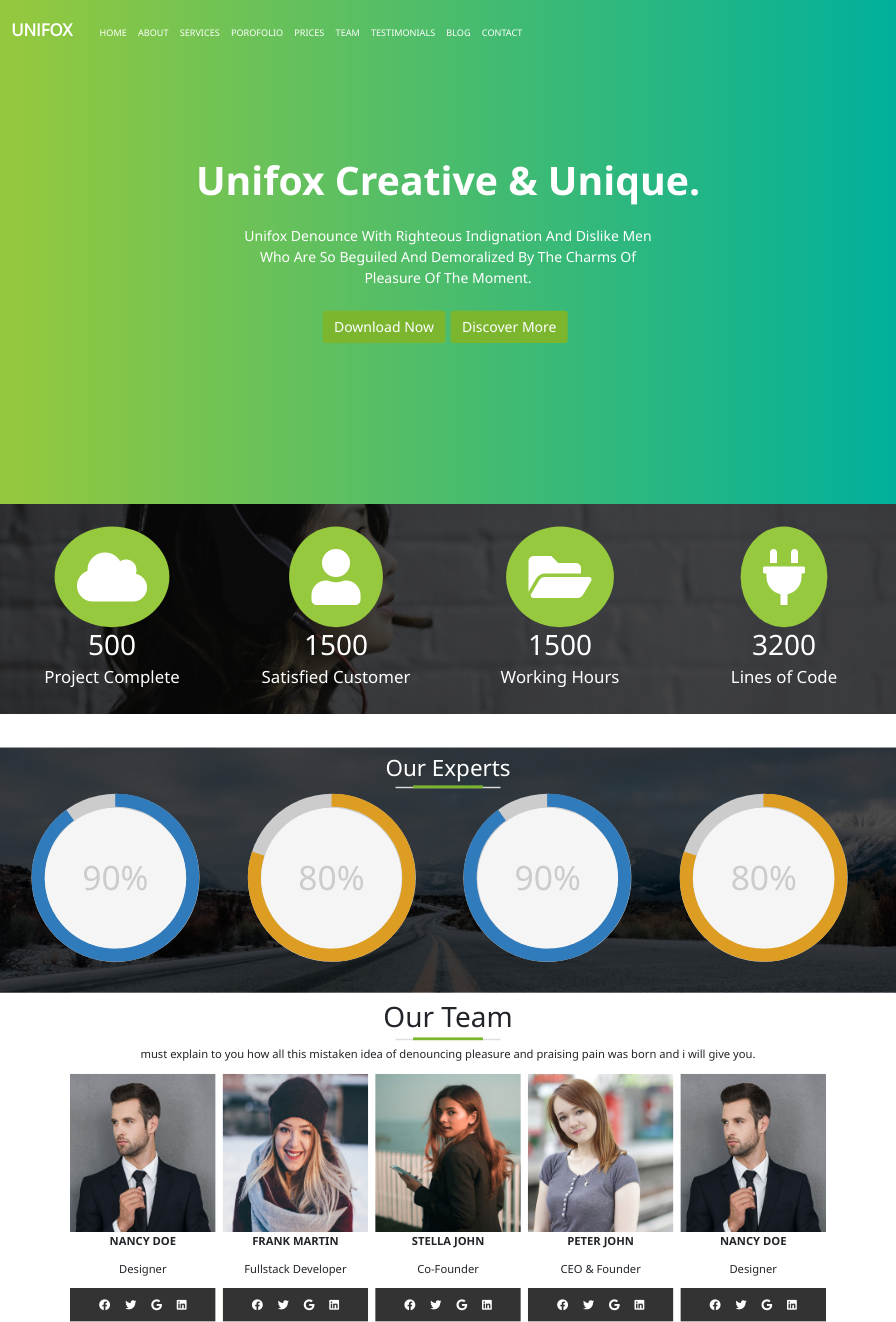
Repository: ibrkhalil/Uniforce-First-Attempt
Page: index.html
These files come from the project's save history. The page is drawn as it stood at one moment and after the next save; the edit follows.
The browser window is 1280 px wide. The pictures show the whole page, at 70% of full size.
Backgrounds fixed to the window are drawn as part of the page.

Above is the page before, as saved 2021-01-24 02:14:20.

### index.html
<!DOCTYPE html>
<html lang="en">
  <head>
    <meta charset="UTF-8" />
    <link rel="stylesheet" href="./bootstrap.min.css" />
    <link rel="stylesheet" href="owl.carousel.css" />
    <link rel="preconnect" href="https://fonts.gstatic.com" />
    <link rel="stylesheet" href="./jquery-ui.css" />
    <link
      rel="stylesheet"
      href="https://use.fontawesome.com/releases/v5.15.2/css/all.css"
      integrity="sha384-vSIIfh2YWi9wW0r9iZe7RJPrKwp6bG+s9QZMoITbCckVJqGCCRhc+ccxNcdpHuYu"
      crossorigin="anonymous"
    />
    <link rel="stylesheet" href="./circle.css" />
    <link
      href="https://fonts.googleapis.com/css2?family=Open+Sans&display=swap"
      rel="stylesheet"
    />
    <link rel="stylesheet" href="style.css" />
    <meta name="viewport" content="width=device-width, initial-scale=1.0" />
    <title>Unifox</title>
  </head>

  <body>
    <div class="main-nav">
      <nav
        class="navbar navbar-expand-lg justify-content-between sticky-top navbar-fixed-top"
      >
        <!-- <div class="container"> -->
            <a class="navbar-brand" href="#"><h3 class="unifox">UNIFOX</h3></a>
            <button
              class="navbar-toggler"
              type="button"
              data-toggle="collapse"
              data-target="#navbarSupportedContent"
              aria-controls="navbarSupportedContent"
              aria-expanded="false"
              aria-label="Toggle navigation"
            >
              <span class="fa fa-bars fa-3x"></span>
            </button>
        <div class="container-fluid">
          <div class="nav-items">


            <div class="collapse navbar-collapse" id="navbarSupportedContent">
              <ul class="navbar-nav mr-auto">
                <li class="item">
                  <a class="nav-link active" href="#">HOME</a>
                </li>
                <li class="nav-item"><a class="nav-link" href="#">ABOUT</a></li>
                <li class="nav-item">
                  <a class="nav-link" href="#">SERVICES</a>
                </li>
                <li class="nav-item">
                  <a class="nav-link" href="#">POROFOLIO</a>
                </li>
                <li class="nav-link"><a href="#">PRICES</a></li>
                <li class="nav-link"><a href="#">TEAM</a></li>
                <li class="nav-link"><a href="#">TESTIMONIALS</a></li>
                <li class="nav-link"><a href="#">BLOG</a></li>
                <li class="nav-link"><a href="#">CONTACT</a></li>
              </ul>
            </div>
          </div>
        </div>

        <!-- </div> -->
      </nav>

      <!-- nav end -->

      <div class="jumbotron">
        <h1 class="display-4 jumbo-main-text">
          <strong>Unifox Creative & Unique.</strong>
        </h1>
        <p class="lead jumbo-subtext">
          Unifox Denounce With Righteous Indignation And Dislike Men Who Are So
          Beguiled And Demoralized By The Charms Of Pleasure Of The Moment.
        </p>

        <div class="jumbo-btns">
          <p class="lead">
            <a class="btn jumbo-btn btn-primary btn-lg" href="#" role="button"
              >Download Now</a
            >
          </p>
          <p class="lead">
            <a class="btn jumbo-btn btn-primary btn-lg" href="#" role="button"
              >Discover More</a
            >
          </p>
        </div>
      </div>
      <!-- jumbotron end -->
      <!-- heading end -->
    </div>
    <div class="counting-number parallax">
      <div class="container-fluid">
        <div class="row">
          <div class="col-md-3">
            <i class="fa counting-icon fa-cloud fa-5x"></i>
            <h1 class="counter" data-count="500">0</h1>
            <h4>Project Complete</h4>
          </div>
          <div class="col-md-3">
            <i class="fa counting-icon fa-user fa-5x"></i>
            <h1 class="counter" data-count="1500">0</h1>
            <h4>Satisfied Customer</h4>
          </div>
          <div class="col-md-3">
            <i class="fa counting-icon fa-folder-open fa-5x"></i>
            <h1 class="counter" data-count="1500">0</h1>
            <h4>Working Hours</h4>
          </div>
          <div class="col-md-3">
            <i class="fa counting-icon fa-plug fa-5x"></i>
            <h1 class="counter" data-count="3200">0</h1>
            <h4>Lines of Code</h4>
          </div>
        </div>
      </div>
    </div>

    <br />
    <br />

    <!-- Counting number div -->
    <div class="our-experts-main">
      <h2 class="our-experts-word line">Our Experts</h2>

      <div class="our-experts">
        <div class="clearfix circular-icons">
          <div class="c100 p90 big blue">
            <span>90%</span>
            <div class="slice">
              <div class="bar"></div>
              <div class="fill"></div>
            </div>
          </div>
          <div class="c100 p80 big orange">
            <span>80%</span>
            <div class="slice">
              <div class="bar"></div>
              <div class="fill"></div>
            </div>
          </div>
          <div class="c100 p90 big blue">
            <span>90%</span>
            <div class="slice">
              <div class="bar"></div>
              <div class="fill"></div>
            </div>
          </div>

          <div class="c100 p80 big orange">
            <span>80%</span>
            <div class="slice">
              <div class="bar"></div>
              <div class="fill"></div>
            </div>
          </div>
        </div>
        <!-- /green -->

        <!-- orange -->
        <div class="clearfix"></div>
      </div>
    </div>

    <!-- experts end -->

    <div class="our-team">
      <div class="container">
        <div class="our-team-text">
          <h1 class="line">Our Team</h1>

          <p>
            must explain to you how all this mistaken idea of denouncing
            pleasure and praising pain was born and i will give you.
          </p>
        </div>
        <div class="top-content">
          <div class="container-fluid">
            <div class="owl-carousel owl-theme">
              <div class="item">
                <img
                  src="./images/1 (1).jpg"
                  class="img-fluid mx-auto d-block"
                  alt="img1"
                />
                <strong class="team-member-name">
                  <p>STELLA JOHN</p>
                </strong>
                <p>Co-Founder</p>
                <div class="social-media-icons" data-content="Link Hover">
                  <div
                    class="container d-flex justify-content-around align-items-center"
                  >
                    <i class="fab fa-facebook"></i>
                    <i class="fab fa-twitter"></i>
                    <i class="fab fa-google"></i>
                    <i class="fab fa-linkedin"></i>
                  </div>
                </div>
              </div>

              <div class="item">
                <img
                  src="./images/2 (1).jpg"
                  class="img-fluid mx-auto d-block"
                  alt="img2"
                />
                <strong class="team-member-name">
                  <p>PETER JOHN</p>
                </strong>
                <p>CEO & Founder</p>
                <div class="social-media-icons">
                  <div
                    class="container d-flex justify-content-around align-items-center"
                  >
                    <i class="fab fa-facebook"></i>
                    <i class="fab fa-twitter"></i>
                    <i class="fab fa-google"></i>
                    <i class="fab fa-linkedin"></i>
                  </div>
                </div>
              </div>

              <div class="item">
                <img
                  src="./images/3 (1).jpg"
                  class="img-fluid mx-auto d-block"
                  alt="img3"
                />
                <strong class="team-member-name">
                  <p>NANCY DOE</p>
                </strong>
                <p>Designer</p>
                <div class="social-media-icons">
                  <div
                    class="container d-flex justify-content-around align-items-center"
                  >
                    <i class="fab fa-facebook"></i>
                    <i class="fab fa-twitter"></i>
                    <i class="fab fa-google"></i>
                    <i class="fab fa-linkedin"></i>
                  </div>
                </div>
              </div>

              <div class="item">
                <img
                  src="./images/4.jpg"
                  class="img-fluid mx-auto d-block"
                  alt="img4"
                />
                <strong class="team-member-name">
                  <p>FRANK MARTIN</p>
                </strong>
                <p>Fullstack Developer</p>
                <div class="social-media-icons">
                  <div
                    class="container d-flex justify-content-around align-items-center"
                  >
                    <i class="fab fa-facebook"></i>
                    <i class="fab fa-twitter"></i>
                    <i class="fab fa-google"></i>
                    <i class="fab fa-linkedin"></i>
                  </div>
                </div>
              </div>
            </div>
          </div>
        </div>
      </div>
    </div>

    <script src="./jquery.js"></script>
    <script src="./jquery-ui.js"></script>
    <script src="./owl.carousel.js"></script>
    <script src="./owl.autoplay.js"></script>
    <script src="./bootstrap.js"></script>
    <script src="./script.js"></script>
  </body>
</html>

### style.css
*{
    margin: 0;
    padding: 0;
}
body{
    font-family: 'Segoe UI', Tahoma, Geneva, Verdana, sans-serif;
}
.nav-items{
    display: flex;
    width: 100%;
    justify-content: space-between;
}

.main-nav h3{
    font-family: 'Open Sans', sans-serif;
    font-weight: bold;
    font-size: x-large;
}
.main-nav{
    transition: all 200ms;
    font-size: small;
    background: linear-gradient(to right, #96c93d, #00b09b);
    height: 100vh;
}
.main-nav a{
    text-decoration: none;
    color: white;
    border: none;
}
 .main-nav li, .main-nav h3 {
    margin-top: 1rem;
}
.circular-icons{
    display: flex;
    justify-content: space-between;
}
.jumbotron{
    text-align: center;
    margin-top: 5rem;
    color: white;
    background-color: transparent;
}
.jumbo-btn{
    background-color: #7CB62F;
}

.navbar-fixed-top a:hover{
    color: #3e3e3e;
}
.navbar-fixed-top.scrolled {
    width: 100vw;
    background-color: #fff !important;
    /* padding: 0.5rem 0; */
    /* transition: all 200ms ease; */

  }
/* .navbar-fixed-top.scrolled  a{
    color: black;

  } */
  .navbar-fixed-top.scrolled  a:hover{
    color: gray;

  }
.jumbo-btns{
    display: flex;
    justify-content: center;
}
.jumbo-subtext{

    margin: 2rem auto;
    width: 50%;
}
.jumbo-main-text{
font-weight: 400;
}
.jumbo-btns p{
   margin-right: 0.5rem;
}
.lead-btns a{
    display: flex;
    border: none;
}
.parallax {
    background-image: url("./fun_facts_bg.jpg");
    height: 300px;
    background-blend-mode: overlay;
    background-attachment: fixed;
    background-position: center;
    background-repeat: no-repeat;
    background-size: cover;
    background-color: rgba(0, 0, 0,0.7);
    color: white;
    text-align: center;
    display: flex;
    align-items: center;
  }
  .parallax img {
      height: 300px;
      object-fit: cover;
  }
  .counting-icon{
      padding: 2rem;
      background-color: #96c93d ;
      border-radius: 50%;
  }
.jumbo-btn:hover{
    transition: 1s;
    background-color: black;
}
.line{
    position: relative;
    text-align: center;
    padding: 10px 0;
}
.line::after , .line::before{
    content: "";
    width: 100px;
    height: 4px;
    position: absolute;
    background-color: #7CB62F;
    left: 50%;
    transform: translate(-50%,0);
    bottom: 0;
}
.line::before{
    height: 2px;
    background-color: #ddd;
    width: 150px;
}


.clearfix:before,.clearfix:after {content: " "; display: table;}
.clearfix:after {clear: both;}
.clearfix {*zoom: 1;}


.our-experts-main{
    background-image: url("./skill-bg.jpg");
    height: 350px;
    background-blend-mode: overlay;
    background-attachment: fixed;
    background-position: center;
    background-repeat: no-repeat;
    background-size: cover;
    background-color: rgba(0, 0, 0,0.7);
    color: white;
}
.our-experts-main:first-child{
    display: flex;
    justify-content: center;
}
.our-experts h2{
    display: block !important;
}
.our-team{
    text-align: center;
}
@media (min-width: 768px) and (max-width: 991px) {
    /* Show 4th slide on md if col-md-4*/
    .carousel-inner .active.col-md-4.carousel-item + .carousel-item + .carousel-item + .carousel-item {
        position: absolute;
        top: 0;
        right: -33.3333%;  /*change this with javascript in the future*/
        z-index: -1;
        display: block;
        visibility: visible;
    }
}
@media (min-width: 576px) and (max-width: 768px) {
    /* Show 3rd slide on sm if col-sm-6*/
    .carousel-inner .active.col-sm-6.carousel-item + .carousel-item + .carousel-item {
        position: absolute;
        top: 0;
        right: -50%;  /*change this with javascript in the future*/
        z-index: -1;
        display: block;
        visibility: visible;
    }
}
@media (min-width: 576px) {
    .carousel-item {
        margin-right: 0;
    }
    /* show 2 items */
    .carousel-inner .active + .carousel-item {
        display: block;
    }
    .carousel-inner .carousel-item.active:not(.carousel-item-right):not(.carousel-item-left),
    .carousel-inner .carousel-item.active:not(.carousel-item-right):not(.carousel-item-left) + .carousel-item {
        transition: none;
    }
    .carousel-inner .carousel-item-next {
        position: relative;
        transform: translate3d(0, 0, 0);
    }
    /* left or forward direction */
    .active.carousel-item-left + .carousel-item-next.carousel-item-left,
    .carousel-item-next.carousel-item-left + .carousel-item,
    .carousel-item-next.carousel-item-left + .carousel-item + .carousel-item {
        position: relative;
        transform: translate3d(-100%, 0, 0);
        visibility: visible;
    }
    /* farthest right hidden item must be also positioned for animations */
    .carousel-inner .carousel-item-prev.carousel-item-right {
        position: absolute;
        top: 0;
        left: 0;
        z-index: -1;
        display: block;
        visibility: visible;
    }
    /* right or prev direction */
    .active.carousel-item-right + .carousel-item-prev.carousel-item-right,
    .carousel-item-prev.carousel-item-right + .carousel-item,
    .carousel-item-prev.carousel-item-right + .carousel-item + .carousel-item {
        position: relative;
        transform: translate3d(100%, 0, 0);
        visibility: visible;
        display: block;
        visibility: visible;
    }
}
/* MD */
@media (min-width: 768px) {
    /* show 3rd of 3 item slide */
    .carousel-inner .active + .carousel-item + .carousel-item {
        display: block;
    }
    .carousel-inner .carousel-item.active:not(.carousel-item-right):not(.carousel-item-left) + .carousel-item + .carousel-item {
        transition: none;
    }
    .carousel-inner .carousel-item-next {
        position: relative;
        transform: translate3d(0, 0, 0);
    }
    /* left or forward direction */
    .carousel-item-next.carousel-item-left + .carousel-item + .carousel-item + .carousel-item {
        position: relative;
        transform: translate3d(-100%, 0, 0);
        visibility: visible;
    }
    /* right or prev direction */
    .carousel-item-prev.carousel-item-right + .carousel-item + .carousel-item + .carousel-item {
        position: relative;
        transform: translate3d(100%, 0, 0);
        visibility: visible;
        display: block;
        visibility: visible;
    }
}
/* LG */
@media (min-width: 991px) {
    /* show 4th item */
    .carousel-inner .active + .carousel-item + .carousel-item + .carousel-item {
        display: block;
    }
    .carousel-inner .carousel-item.active:not(.carousel-item-right):not(.carousel-item-left) + .carousel-item + .carousel-item + .carousel-item {
        transition: none;
    }
    /* Show 5th slide on lg if col-lg-3 */
    .carousel-inner .active.col-lg-3.carousel-item + .carousel-item + .carousel-item + .carousel-item + .carousel-item {
        position: absolute;
        top: 0;
        right: -25%;  /*change this with javascript in the future*/
        z-index: -1;
        display: block;
        visibility: visible;
    }
    /* left or forward direction */
    .carousel-item-next.carousel-item-left + .carousel-item + .carousel-item + .carousel-item + .carousel-item {
        position: relative;
        transform: translate3d(-100%, 0, 0);
        visibility: visible;
    }
    /* right or prev direction //t - previous slide direction last item animation fix */
    .carousel-item-prev.carousel-item-right + .carousel-item + .carousel-item + .carousel-item + .carousel-item {
        position: relative;
        transform: translate3d(100%, 0, 0);
        visibility: visible;
        display: block;
        visibility: visible;
    }
}
.social-media-icons{
    color: white;
    padding: 1rem;
    /* clip-path: polygon(0 0, 0 0, 0% 100%, 0 100%); */
    /* background-size: 100% 0;y/ */
    /* width: 100%; */
    background: red; /* default color */

    /* "to left" / "to right" - affects initial color */
    background: linear-gradient(to left, #333 50%, #7CB62F 50%) right;
    background-size: 200%;
    transition: 1s ease;
}
.social-media-icons:hover{
    background-position:left;
}
.social-media-icons i{
    cursor: pointer;
}

/* .social-media-icons::before{
    position: absolute; */
    /* content: attr(data-content); */
/* } */


.social-media-icons .fab:hover{
    transition: 1s;
    color: gold;
}
.carousel-item:nth-child(2){
    margin-bottom: 1rem;
}
@media screen and (max-width: 768px){
    /* .navbar-nav{ */
        .navbody{
        display: none;
        justify-content: center;
        width: 100vw;
        /* float: right; */
    }
}

Loaded but not shown: bootstrap.min.css (library); owl.carousel.css (library); jquery-ui.css (library); jquery.js (library); jquery-ui.js (library); owl.carousel.js (library); owl.autoplay.js (library); bootstrap.js (library); script.js (88 lines, source omitted); circle.css (879 lines, source omitted)

After the next save:
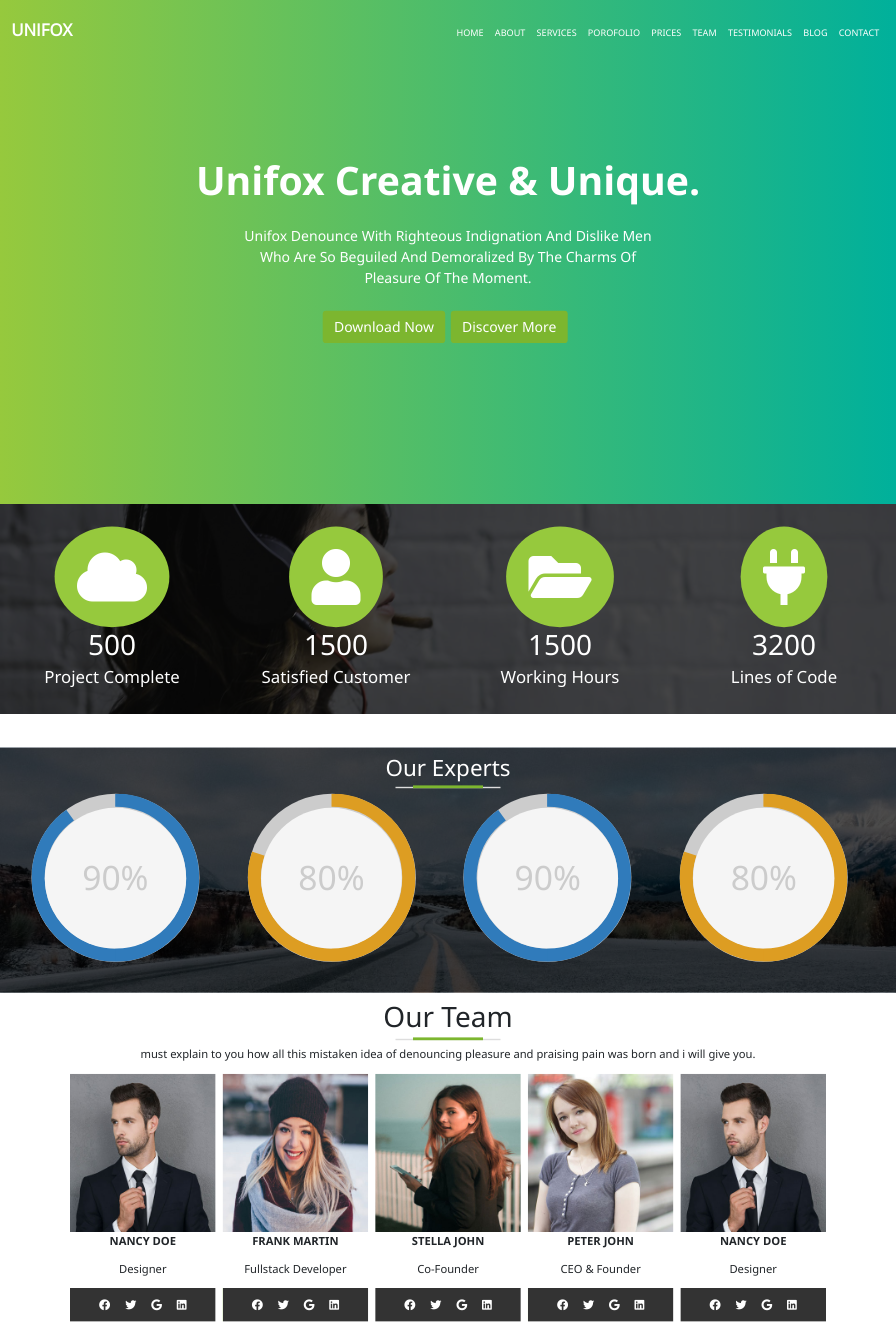
Saved 27 s later.
--- a/index.html
+++ b/index.html
@@ -40,7 +40,7 @@
             >
               <span class="fa fa-bars fa-3x"></span>
             </button>
-        <div class="container-fluid">
+        <div class="">
           <div class="nav-items">
 
 
